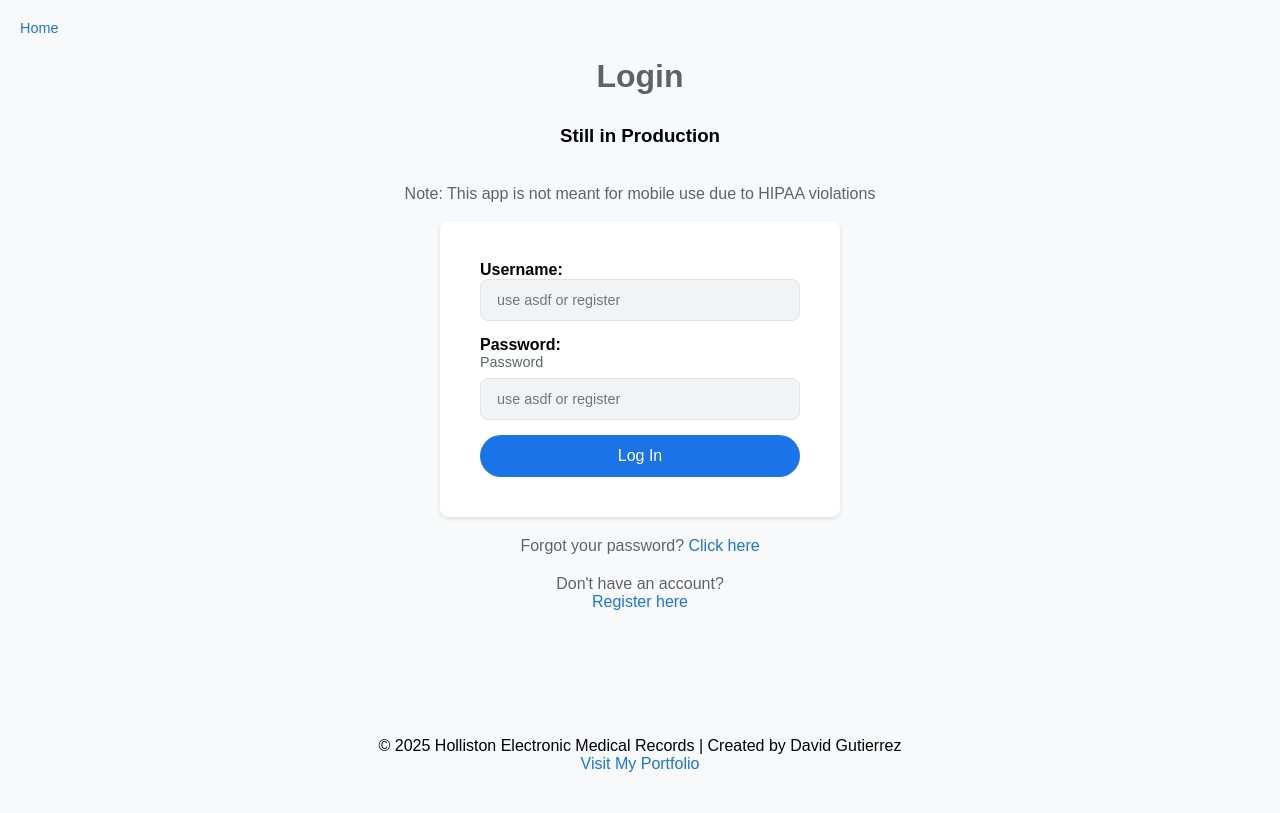
Repository: DavidG626/Flask-Project
Page: http://localhost/login?next=%2Fcpt%2Fcpt_codes
These files come from the project's save history. The page is drawn as it stood at one moment and after the next save; the edit follows.
The browser window is 1280 px wide. The pictures show the whole page.
The page is served by the project's application, run on Flask 3 (tempCodeRunnerFile.py).

Above is the page before, as saved 2025-03-11 12:24:16.

After the next save:
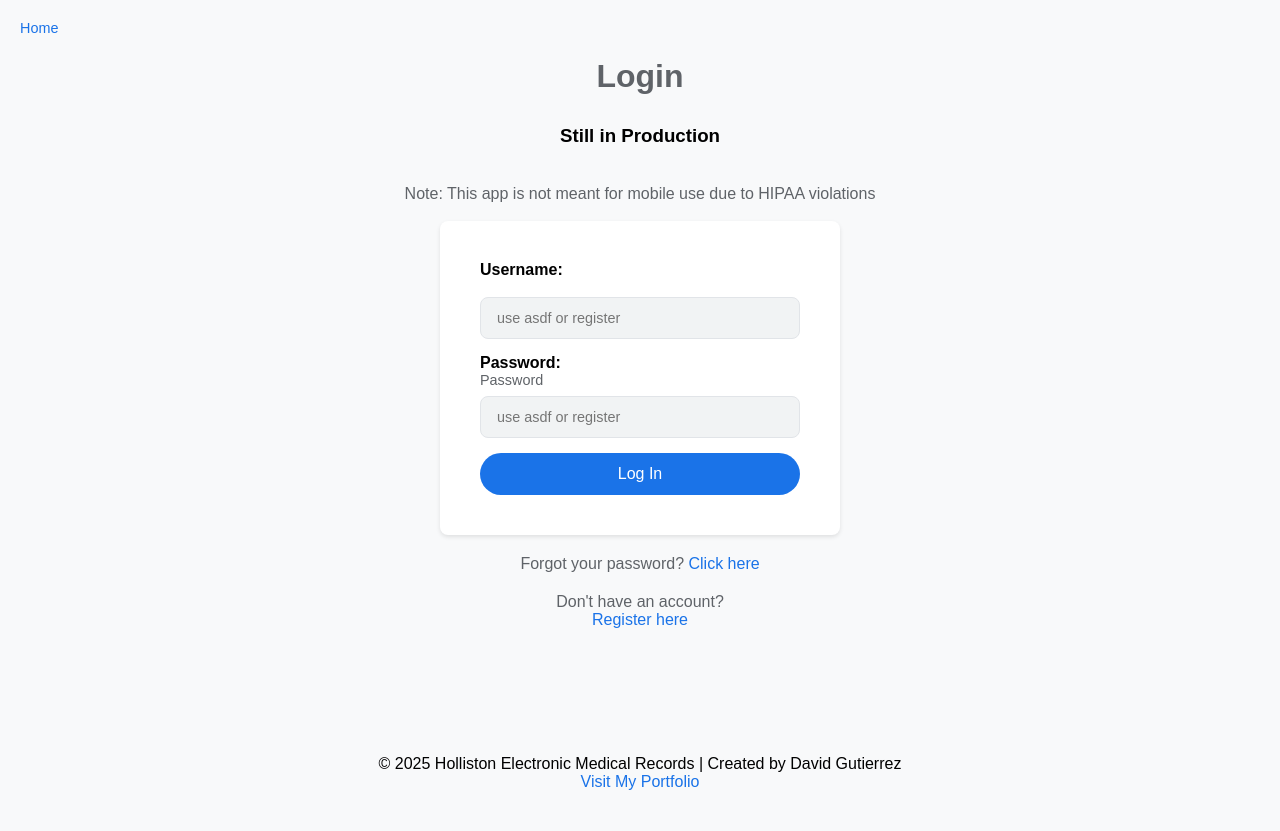
Saved 7 s later.
--- a/templates/login.html
+++ b/templates/login.html
@@ -31,7 +31,7 @@
 
         <legend>Login</legend>
           <!-- Render Username Field -->
-          <h4>Username:</h4>
+          <h4>Username:</h4><br>
           <div>
 
             {{ form.username(class="form-input", placeholder="use asdf or register") }}
